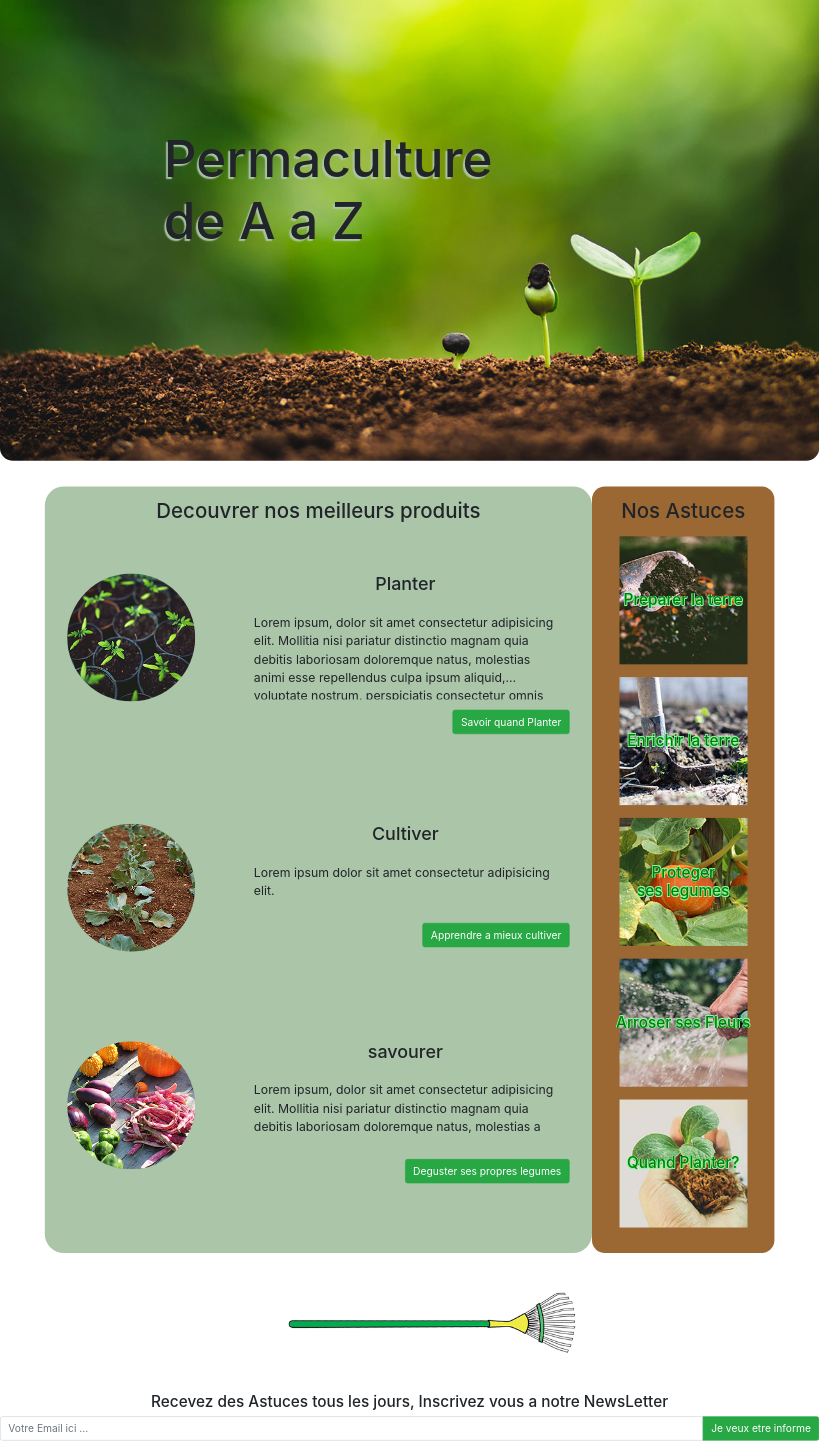
Repository: ahthionkevin/permaculture
Page: index.html
The author's editor kept a copy of each file at every save. The page is drawn from the files as they stood at one save, then again after the next save.
The browser window is 1280 px wide. The pictures show the whole page, at 64% of full size.
Backgrounds fixed to the window are drawn as part of the page.

Above is the page before, as saved 2021-07-07 00:04:30.

After the next save:
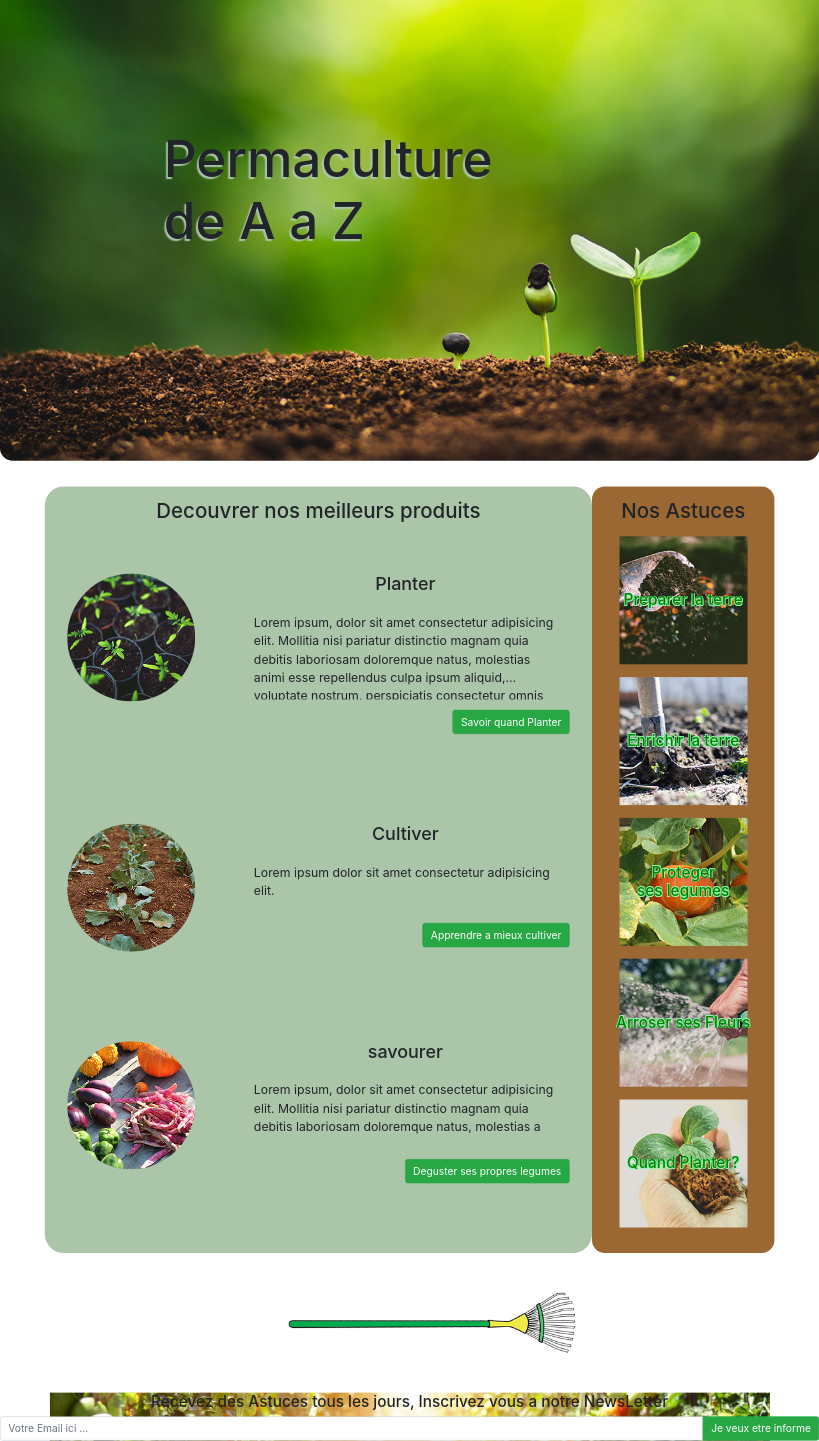
Saved 82 s later.
--- a/style.css
+++ b/style.css
@@ -129,3 +129,7 @@ h1{
       transform:  translate(2px,5px)  ;
     }
   }
+
+  #newsLetter{
+      background: url(./media/newsletter.jpeg) no-repeat 50% 50%;
+  }
